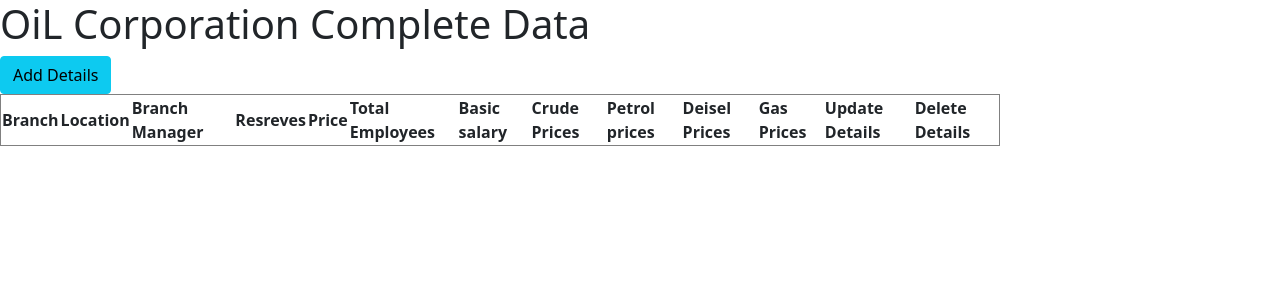
Repository: veerrajuMareddi/demo
Page: http://localhost/OilCorporation/views/result.jsp
An editor plug-in stored every save of this project. The page is shown before and after the next save, followed by the edit.
The browser window is 1280 px wide. The pictures show the whole page.
The page is served by Tomcat 9. Other server files are loaded and not shown. The template is opened directly, without the code that normally fills it, so the values that code supplies are empty.

Above is the page before, as saved 2022-04-29 05:07:37.

### OilCorporation/src/main/webapp/views/result.jsp

<%@ page language="java" contentType="text/html; charset=ISO-8859-1"
pageEncoding="ISO-8859-1"%>
<%@ taglib uri="http://www.springframework.org/tags/form" prefix="form"%>
<%@taglib prefix="c" uri="http://java.sun.com/jsp/jstl/core"%>
<!DOCTYPE html>
<html>
<head>
<link
	href="https://cdn.jsdelivr.net/npm/bootstrap@5.1.3/dist/css/bootstrap.min.css"
	rel="stylesheet"
	integrity="sha384-1BmE4kWBq78iYhFldvKuhfTAU6auU8tT94WrHftjDbrCEXSU1oBoqyl2QvZ6jIW3"
	crossorigin="anonymous">
	<script
	src="https://cdn.jsdelivr.net/npm/bootstrap@5.1.3/dist/js/bootstrap.bundle.min.js"
	integrity="sha384-ka7Sk0Gln4gmtz2MlQnikT1wXgYsOg+OMhuP+IlRH9sENBO0LRn5q+8nbTov4+1p"
	crossorigin="anonymous"></script>
<meta charset="ISO-8859-1">
<title>Insert title here</title>
</head>
<body>
<h1>OiL Corporation Complete Data</h1>
<a class="btn btn-info" href="/src/callsave">Add Details</a>

<br>
<table border="1" style="width:1000px" style="text-align:center">

<tr>
<th>Branch</th>
<th>Location</th>
<th>Branch Manager</th>
<th>Resreves</th>
<th>Price</th>
<th>Total Employees</th>
<th>Basic salary</th>
<th>Crude Prices</th>
<th>Petrol prices</th>
<th>Deisel Prices</th>

<th>Gas Prices</th>
<th>Update Details </th>
<th>Delete Details</th>
</tr>
<c:forEach var="emp" items="${oilCorp}" >
<tr>


<c:url var="deleteLink" value="/src/deleteById">
								<c:param name="Id" value="${emp.branch}" />
							</c:url>

<c:url var="updateLink" value="/src/update">
								<c:param name="Id" value="${emp.branch}" />
							</c:url>
<center>
<td>${emp.branch}</td>
<td>${emp.location}</td>
<td>${emp.branchManager}</td>
<td>${emp.oilReserves}</td>
<td>${emp.barrelPrice}</td>
<td>${emp.emp.toatalEmployees}</td>
<td>${emp.emp.salary}</td>
<td>${emp.prices.crudePrice}</td>
<td>${emp.prices.petrolPrice}</td>
<td>${emp.prices.dieselPrice}</td>
<td>${emp.prices.gasPrice}</td>
<td><a href="${updateLink}" class="btn btn-info">Update</a></td>
<td><a href="${deleteLink}" class="btn btn-danger">delete</a></td>
</center>
</tr>
</c:forEach>
</table>
</body>
</html>

After the next save:
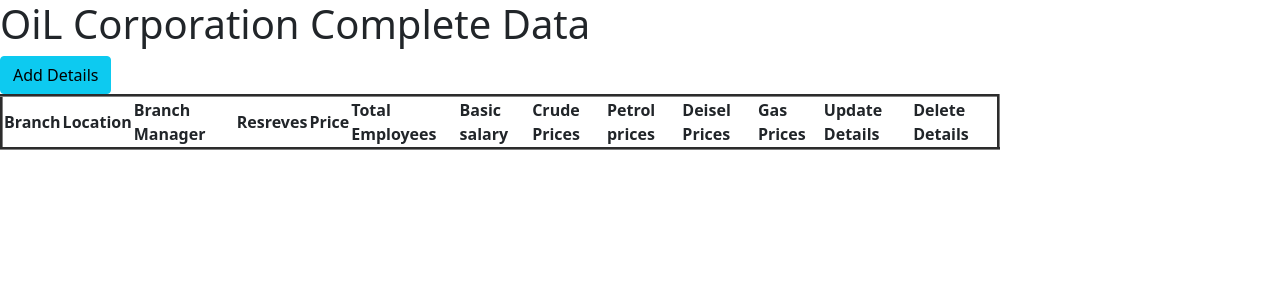
Saved 24 s later.
--- a/OilCorporation/src/main/webapp/views/result.jsp
+++ b/OilCorporation/src/main/webapp/views/result.jsp
@@ -23,7 +23,7 @@ pageEncoding="ISO-8859-1"%>
 <a class="btn btn-info" href="/src/callsave">Add Details</a>
 
 <br>
-<table border="1" style="width:1000px" style="text-align:center">
+<table border="3" style="width:1000px" style="text-align:center">
 
 <tr>
 <th>Branch</th>
